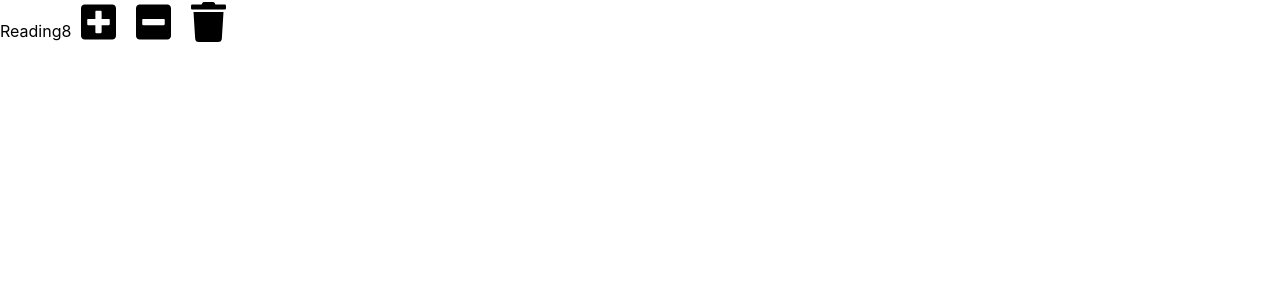
Repository: keehoonjung/react-habit-tracker
Page: / (app in react/habit-tracker/)
These files come from the project's save history. The page is drawn as it stood at one moment and after the next save; the edit follows.
The browser window is 1280 px wide. The pictures show the whole page.
The pointer rests on the first visible `.habit-button`.
The project was rebuilt for these pictures with package versions that can differ from the ones it lists, and the page was loaded fresh each time.

Above is the page before, as saved 2021-08-30 16:17:02.

After the next save:
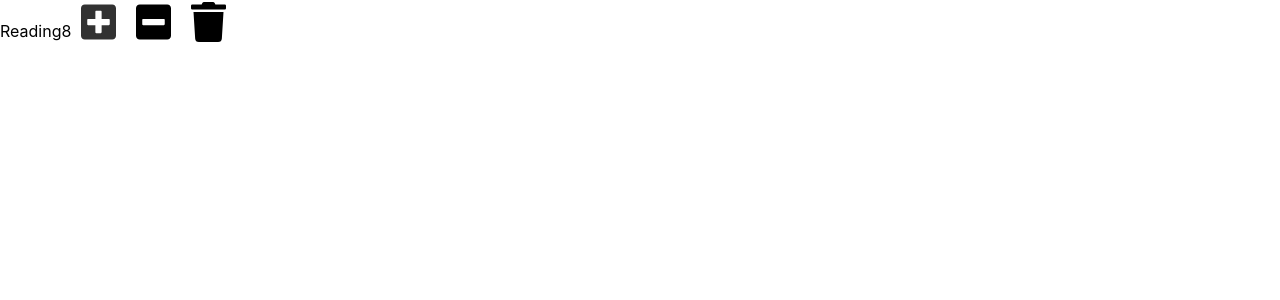
Saved 12 s later.
--- a/react/habit-tracker/src/app.css
+++ b/react/habit-tracker/src/app.css
@@ -9,3 +9,7 @@ button {
   margin: 0 0.1em;
   background-color: transparent;
 }
+
+.habit-button:hover {
+  opacity: 0.8;
+}
